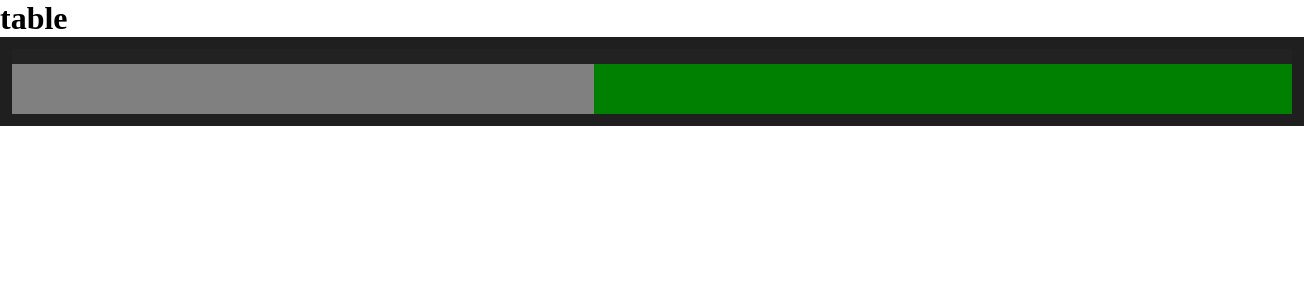
Repository: wangxinjun08231116/Html5Views
Page: http://localhost/WangXinJun/table.html
The author's editor kept a copy of each file at every save. The page is drawn from the files as they stood at one save, then again after the next save.
The browser window is 1280 px wide. The page is 1304 px wide, so the pictures cover 1304 px, including what lies to the right of the window. The pictures show the whole page.
The page is served by Tomcat 9.

Above is the page before, as saved 2015-01-30 03:52:02.

### WangXinJun/WebContent/table.html
<!DOCTYPE html>
<html>
<head>
  <meta http-equiv="content-type" content="text/html; charset=utf-8" />
  <title>Table</title>
	<script type="text/javascript" src="/WangXinJun/js/table/table.js"></script>
	<link rel="stylesheet" href="/WangXinJun/css/table/table.css" type="text/css" media="screen" />
</head>
<body>
  <h1>table</h1>
  <div class="realnamereg_div_cls">
		<table class="realnamereg">
		<tbody>
		<tr style="height: 50px;">
		<td style="vertical-align: middle; width: 5%;background-color: gray;">
		<td style="vertical-align: middle; width: 6%;background-color: green;" colspan="2">
<!-- 			<input id="phone_num" type="text" placeholder="输入客户号码" style="margin-top: 5px;">
 -->
 		</td>
		</tr>

		</tbody>
</table>
</div>



</body>
</html>

### WangXinJun/WebContent/css/table/table.css
* {margin:0;padding:0;}
.realnamereg_div_cls{
	width:100%;
    background-color: #222;
    color: #333;
    font-family: "Microsoft Yahei","Simsun",Helvetica,Arial,sans-serif;
    border: 12px solid rgba(0, 0, 0, 0.1);
}

.realnamereg{
	background-color: red;
	border-collapse: collapse;
    margin-top: 15px;
    padding: 3px;
    width: 100%;

}

Loaded but not shown: WangXinJun/WangXinJun/js/table/table.js (no stored copy; drawn as an empty file)

After the next save:
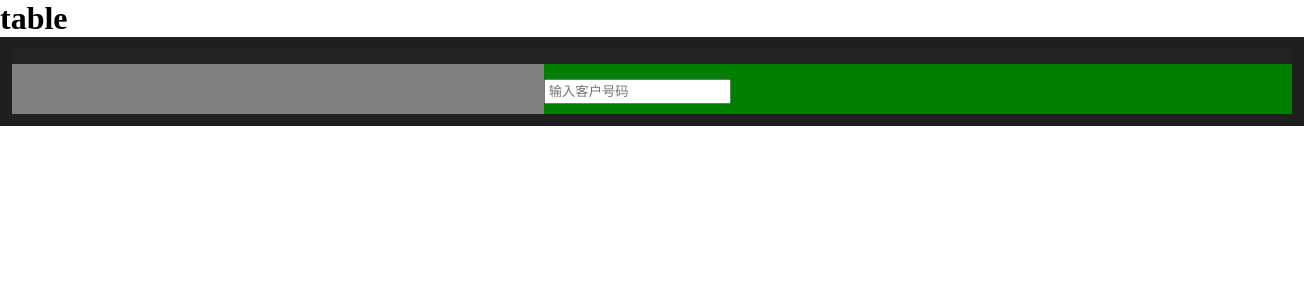
Saved 63 s later.
--- a/WangXinJun/WebContent/table.html
+++ b/WangXinJun/WebContent/table.html
@@ -14,8 +14,7 @@
 		<tr style="height: 50px;">
 		<td style="vertical-align: middle; width: 5%;background-color: gray;">
 		<td style="vertical-align: middle; width: 6%;background-color: green;" colspan="2">
-<!-- 			<input id="phone_num" type="text" placeholder="输入客户号码" style="margin-top: 5px;">
- -->
+			<input id="phone_num" type="text" placeholder="输入客户号码" style="margin-top: 5px;padding: 3px;">
  		</td>
 		</tr>
 
--- a/WangXinJun/WebContent/css/table/table.css
+++ b/WangXinJun/WebContent/css/table/table.css
@@ -11,7 +11,6 @@
 	background-color: red;
 	border-collapse: collapse;
     margin-top: 15px;
-    padding: 3px;
     width: 100%;
 
 }
